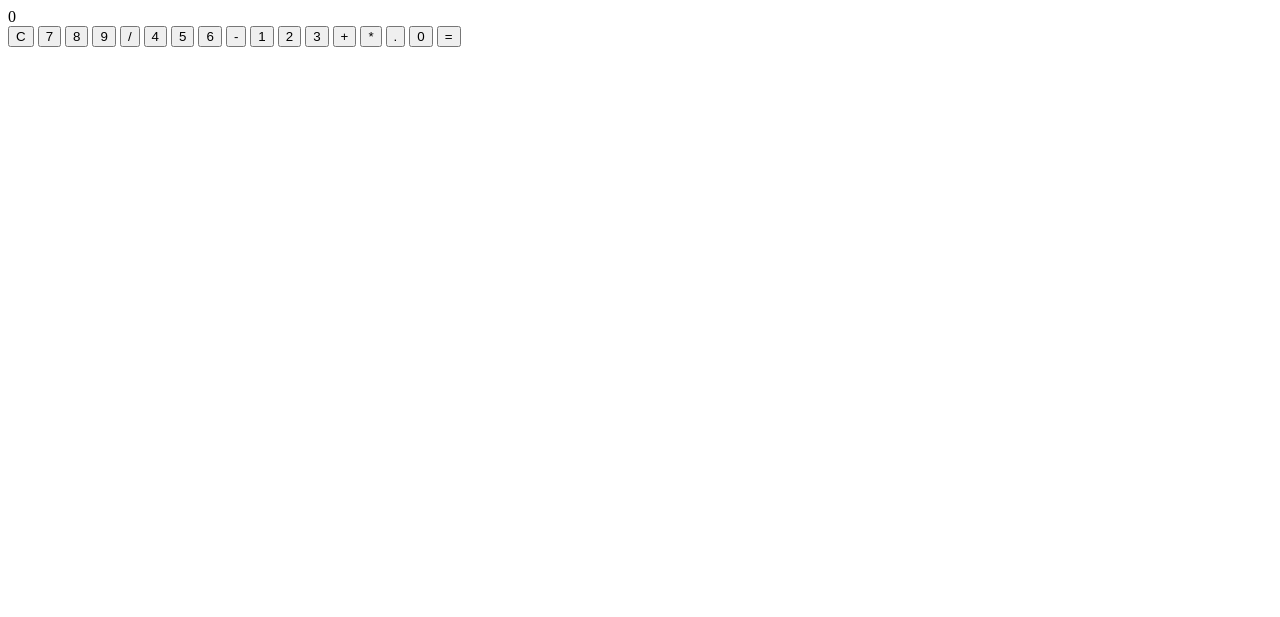
Repository: alizey12/calculator
Page: index.html
These files come from the project's save history. The page is drawn as it stood at one moment and after a run of saves; the edit follows.
The browser window is 1280 px wide. The pictures show the whole page.

Above is the page before, as saved 2024-11-23 20:30:47.

### index.html
<!DOCTYPE html>
<html lang="en">
<head>
    <meta charset="UTF-8">
    <meta name="viewport" content="width=device-width, initial-scale=1.0">
    <title>Simple Calculator</title>

     <body>


</head>
<body>
    <div class="calculator">
        <div class="display" id="display">0</div>
        <div class="buttons">
            <button onclick="clearDisplay()" class="btn" id="clear">C</button>
            <button onclick="appendValue('7')" class="btn">7</button>
            <button onclick="appendValue('8')" class="btn">8</button>
            <button onclick="appendValue('9')" class="btn">9</button>
            <button onclick="operate('/')" class="btn operator">/</button>
            <button onclick="appendValue('4')" class="btn">4</button>
            <button onclick="appendValue('5')" class="btn">5</button>
            <button onclick="appendValue('6')" class="btn">6</button>
            <button onclick="operate('-')" class="btn operator">-</button>
            <button onclick="appendValue('1')" class="btn">1</button>
            <button onclick="appendValue('2')" class="btn">2</button>
            <button onclick="appendValue('3')" class="btn">3</button>
            <button onclick="operate('+')" class="btn operator">+</button>
            <button onclick="operate('*')" class="btn operator">*</button>
            <button onclick="appendValue('.')" class="btn">.</button>
            <button onclick="appendValue('0')" class="btn">0</button>
            <button onclick="calculate()" class="btn operator" id="equals">=</button>
        </div>
    </div>

    <script src="script.js">

    </script>
</body>
</html>

### script.js
let displayValue = '';

function appendValue(value) {
    if (displayValue === '0' || displayValue === 'Error') {
        displayValue = value;
    } else {
        displayValue += value;
    }
    updateDisplay();
}

function operate(operator) {
    if (displayValue === 'Error') return;

    displayValue += ` ${operator} `;
    updateDisplay();
}

function clearDisplay() {
    displayValue = '0';
    updateDisplay();
}

function calculate() {
    try {
        // Evaluate the expression
        displayValue = eval(displayValue).toString();
    } catch {
        displayValue = 'Error';
    }
    updateDisplay();
}

function updateDisplay() {
    document.getElementById('display').textContent = displayValue;
}

After the next 5 saves:
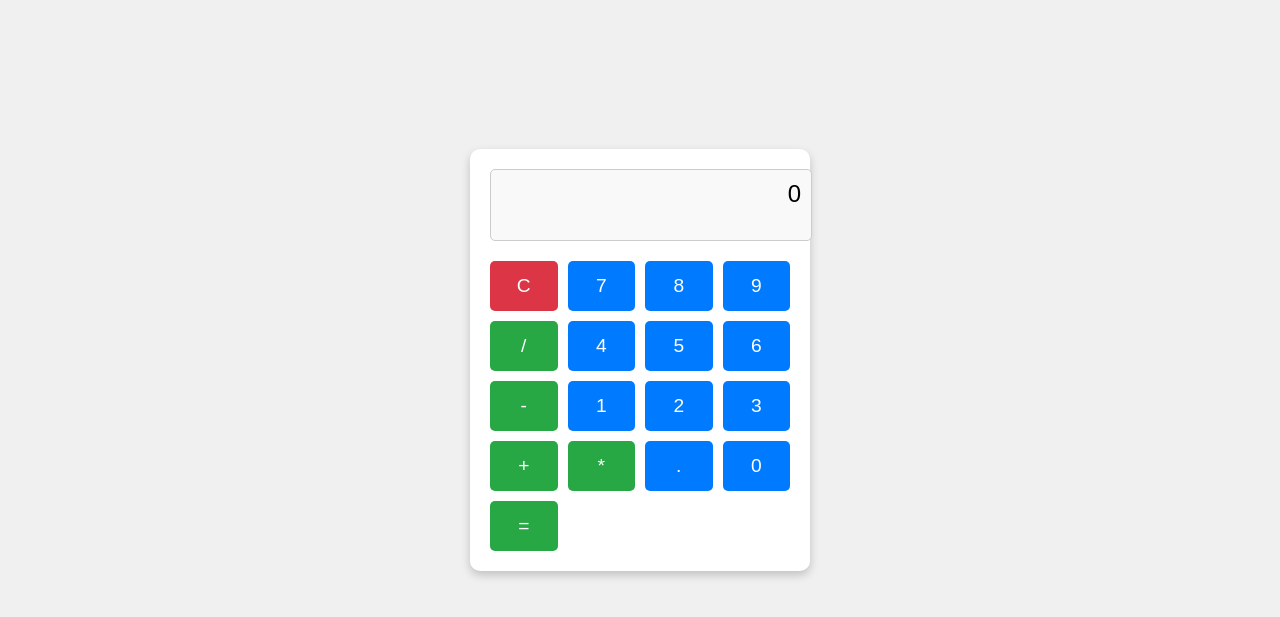
The 5 saves are shown as one change because they came seconds apart.
The last was saved 25 s later.
--- a/index.html
+++ b/index.html
@@ -4,10 +4,75 @@
     <meta charset="UTF-8">
     <meta name="viewport" content="width=device-width, initial-scale=1.0">
     <title>Simple Calculator</title>
+    <style>
+        body {
+            font-family: Arial, sans-serif;
+            display: flex;
+            justify-content: center;
+            align-items: center;
+            height: 100vh;
+            background-color: #f0f0f0;
+            margin: 0;
+        }
 
-     <body>
+        .calculator {
+            background: #fff;
+            border-radius: 10px;
+            padding: 20px;
+            box-shadow: 0 4px 10px rgba(0, 0, 0, 0.2);
+            width: 300px;
+        }
 
+        .display {
+            width: 100%;
+            height: 50px;
+            margin-bottom: 20px;
+            font-size: 1.5rem;
+            text-align: right;
+            border: 1px solid #ccc;
+            border-radius: 5px;
+            background: #f9f9f9;
+            padding: 10px;
+            overflow-x: auto;
+        }
 
+        .buttons {
+            display: grid;
+            grid-template-columns: repeat(4, 1fr);
+            gap: 10px;
+        }
+
+        .btn {
+            height: 50px;
+            font-size: 1.2rem;
+            border: none;
+            border-radius: 5px;
+            background: #007bff;
+            color: white;
+            cursor: pointer;
+            transition: background 0.2s;
+        }
+
+        .btn:hover {
+            background: #0056b3;
+        }
+
+        .btn.operator {
+            background: #28a745;
+        }
+
+        .btn.operator:hover {
+            background: #1e7e34;
+        }
+
+        .btn#clear {
+            background: #dc3545;
+        }
+
+        .btn#clear:hover {
+            background: #a71d2a;
+        }
+    </style>
 </head>
 <body>
     <div class="calculator">

After the save that followed:
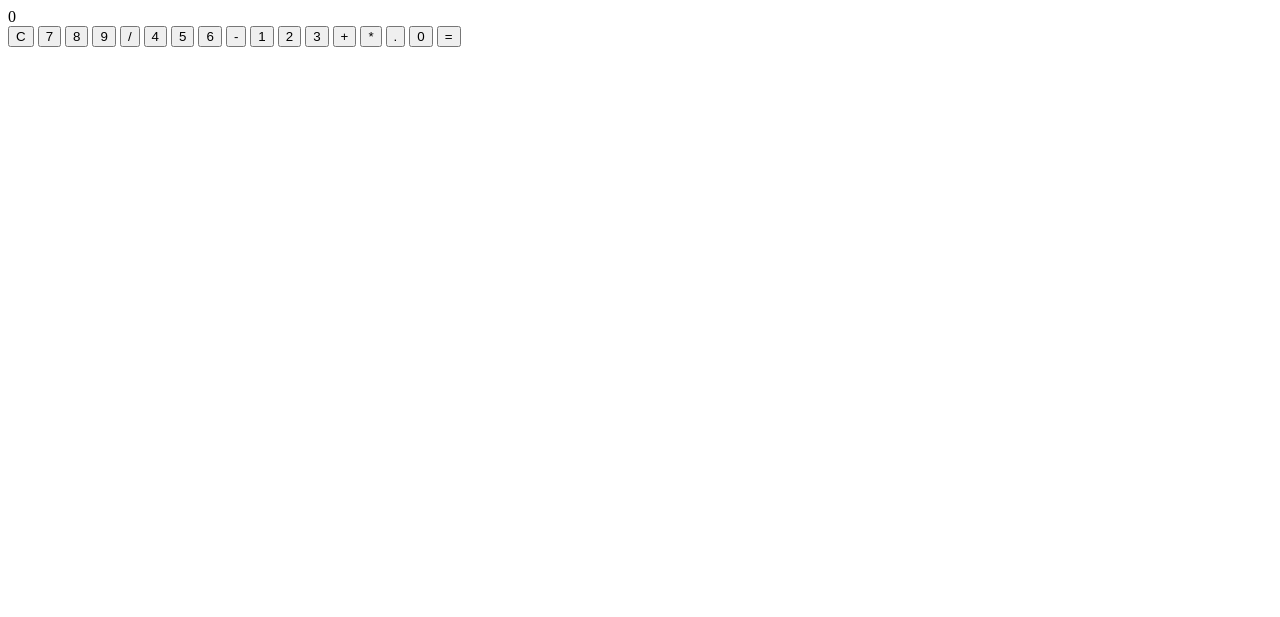
Saved 66 s later.
--- a/index.html
+++ b/index.html
@@ -5,73 +5,7 @@
     <meta name="viewport" content="width=device-width, initial-scale=1.0">
     <title>Simple Calculator</title>
     <style>
-        body {
-            font-family: Arial, sans-serif;
-            display: flex;
-            justify-content: center;
-            align-items: center;
-            height: 100vh;
-            background-color: #f0f0f0;
-            margin: 0;
-        }
-
-        .calculator {
-            background: #fff;
-            border-radius: 10px;
-            padding: 20px;
-            box-shadow: 0 4px 10px rgba(0, 0, 0, 0.2);
-            width: 300px;
-        }
-
-        .display {
-            width: 100%;
-            height: 50px;
-            margin-bottom: 20px;
-            font-size: 1.5rem;
-            text-align: right;
-            border: 1px solid #ccc;
-            border-radius: 5px;
-            background: #f9f9f9;
-            padding: 10px;
-            overflow-x: auto;
-        }
-
-        .buttons {
-            display: grid;
-            grid-template-columns: repeat(4, 1fr);
-            gap: 10px;
-        }
-
-        .btn {
-            height: 50px;
-            font-size: 1.2rem;
-            border: none;
-            border-radius: 5px;
-            background: #007bff;
-            color: white;
-            cursor: pointer;
-            transition: background 0.2s;
-        }
-
-        .btn:hover {
-            background: #0056b3;
-        }
-
-        .btn.operator {
-            background: #28a745;
-        }
-
-        .btn.operator:hover {
-            background: #1e7e34;
-        }
-
-        .btn#clear {
-            background: #dc3545;
-        }
-
-        .btn#clear:hover {
-            background: #a71d2a;
-        }
+        body
     </style>
 </head>
 <body>
